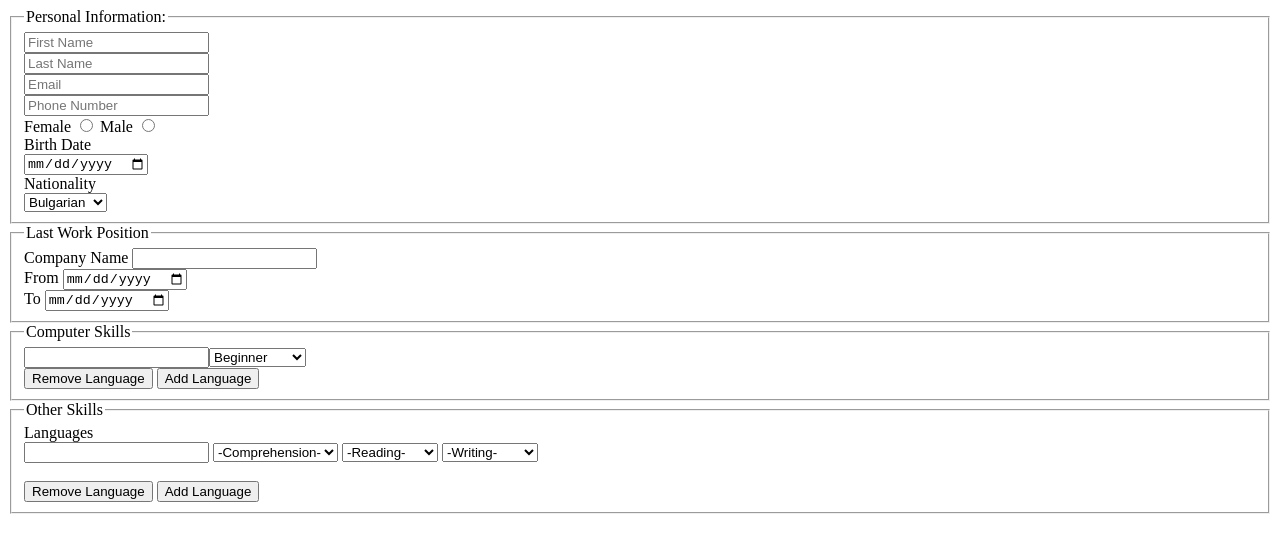
Repository: zhanivanov/PHP_Basics_Course_Homework
Page: http://localhost/5.CVGenerator/CVGenerator.php
These files come from the project's save history. The page is drawn as it stood at one moment and after the next save; the edit follows.
The browser window is 1280 px wide. The pictures show the whole page.
The page is run by PHP 8.4 with error messages shown; the project is at /var/www/html/.

Above is the page before, as saved 2014-08-21 16:11:37.

After the next save:
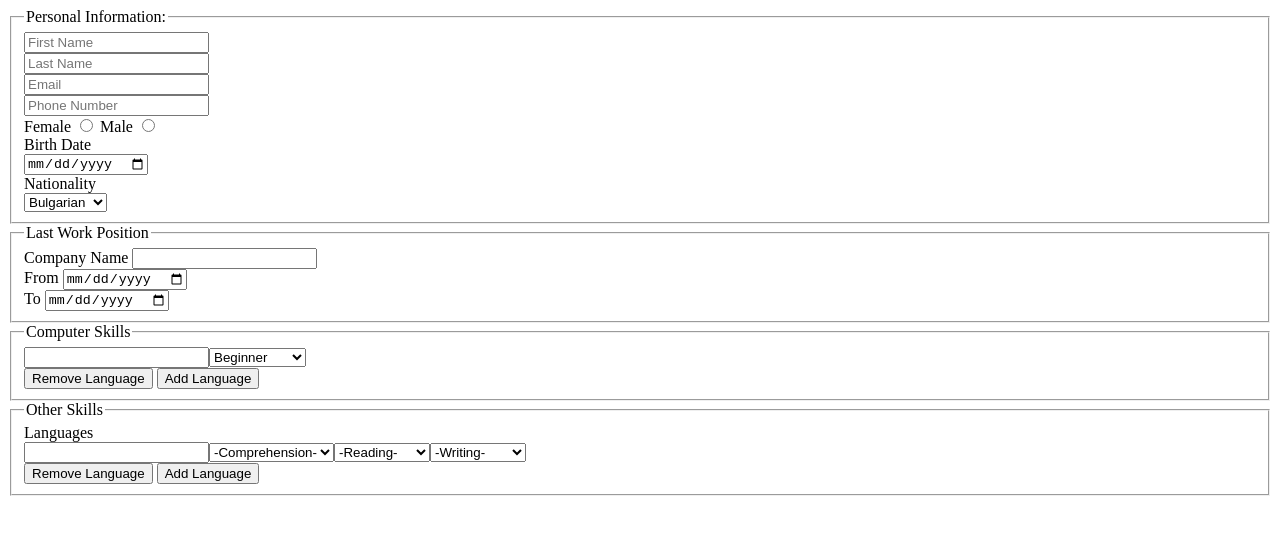
Saved 2 min 14 s later.
--- a/PHP_Working_With_Forms/5.CVGenerator/CVGenerator.php
+++ b/PHP_Working_With_Forms/5.CVGenerator/CVGenerator.php
@@ -109,27 +109,7 @@
 				<label for="languages">Languages</label>
 				<br />
 				<div id="other">
-    				<input type="text" name="languages[]" id="languages"/>
-    				<select name="comprehension[]">
-    				    <option value="default">-Comprehension-</option>
-    				    <option value="beginner">beginner</option>
-    				    <option value="intermediate">intermediate</option>
-    				    <option value="advanced">advanced</option>
-    				</select>
-                    <select name="reading[]">
-                        <option value="default">-Reading-</option>
-                        <option value="beginner">beginner</option>
-                        <option value="intermediate">intermediate</option>
-                        <option value="advanced">advanced</option>
-                    </select>
-                    <select name="writing[]">
-                        <option value="default">-Writing-</option>
-                        <option value="beginner">beginner</option>
-                        <option value="intermediate">intermediate</option>
-                        <option value="advanced">advanced</option>
-                    </select>
-                </div>
-                <br />
+				    <script>addOther();</script>
 				<input type="button" onclick="" value="Remove Language"/>
 				<input type="button" onclick="addOther()" value="Add Language"/>
 			</fieldset>
